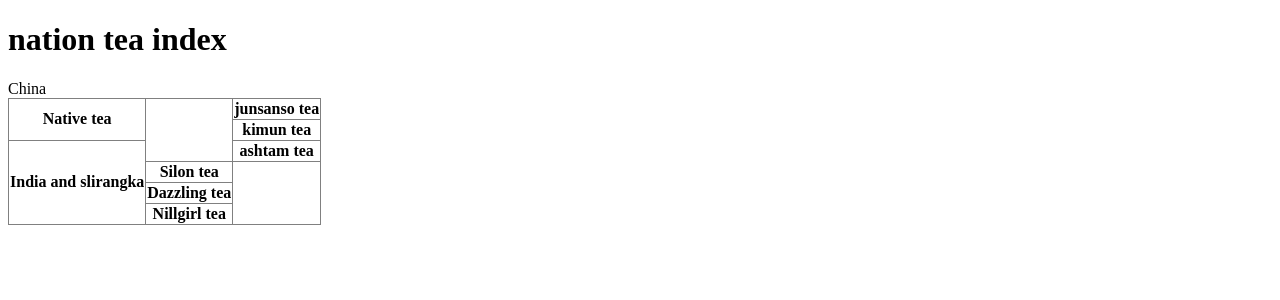
Repository: LucestDail/WebEclipse-Workspace
Page: htmlProject/WebContent/Test2.html
An editor plug-in stored every save of this project. The page is shown before and after the next save, followed by the edit.
The browser window is 1280 px wide. The pictures show the whole page.

Above is the page before, as saved 2020-11-05 07:06:20.

After the next save:
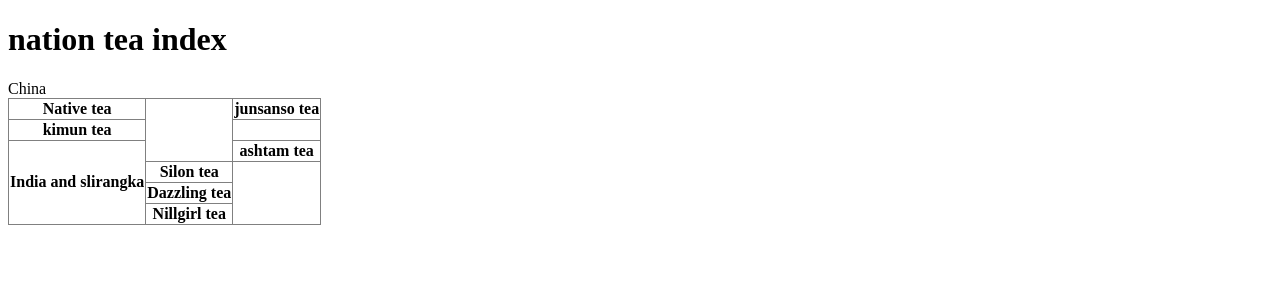
Saved 19 s later.
--- a/htmlProject/WebContent/Test2.html
+++ b/htmlProject/WebContent/Test2.html
@@ -8,7 +8,7 @@
 <h1>nation tea index </h3>
 <table border = "1" style = "border-collapse :collapse;">
 <tr>
-	<th rowspan = "3">Native tea</th>
+	<th rowspan = "2">Native tea</th>
 </tr>
 <tr>
 	<th rowspan = "3"></th>China<th>junsanso tea</th>
